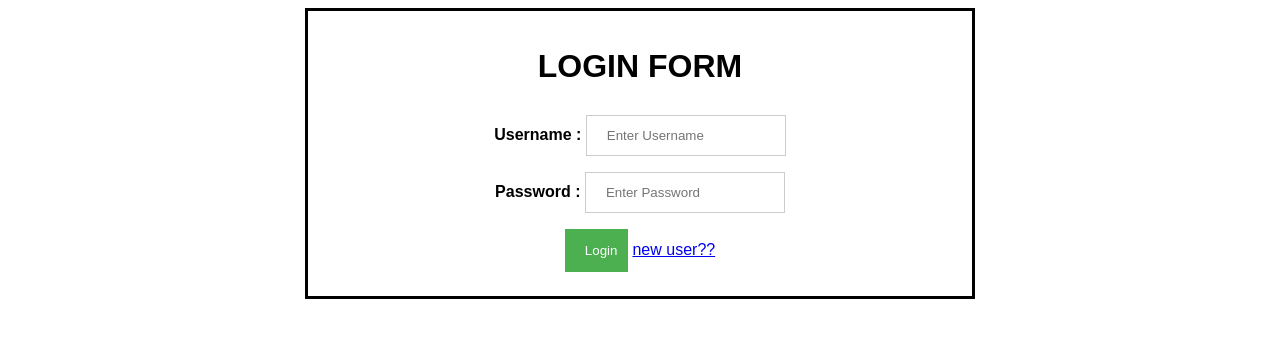
Repository: mugdha97/JSPServlet
Page: http://localhost/com.bridgelabz.loginRegister/login.jsp
An editor plug-in stored every save of this project. The page is shown before and after the next save, followed by the edit.
The browser window is 1280 px wide. The pictures show the whole page.
The page is served by Tomcat 9.

Above is the page before, as saved 2019-10-19 05:18:20.

After the next save:
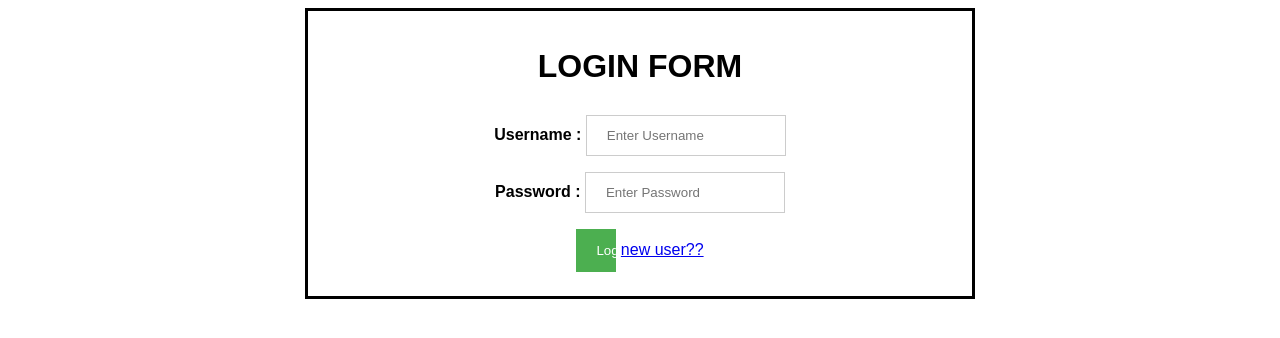
Saved 41 s later.
--- a/com.bridgelabz.loginRegister/WebContent/login.css
+++ b/com.bridgelabz.loginRegister/WebContent/login.css
@@ -18,7 +18,7 @@ button {
   margin: 8px 0;
   border: none;
   cursor: pointer;
-  width: 10%;
+  width: 5%;
 }
 
 button:hover {
@@ -65,7 +65,7 @@ span.psw {
 /* The Close Button (x) */
 .close {
   position: absolute;
-  right: 10px;
+  right: 25px;
   top: 0;
   color: #000;
   font-size: 35px;
